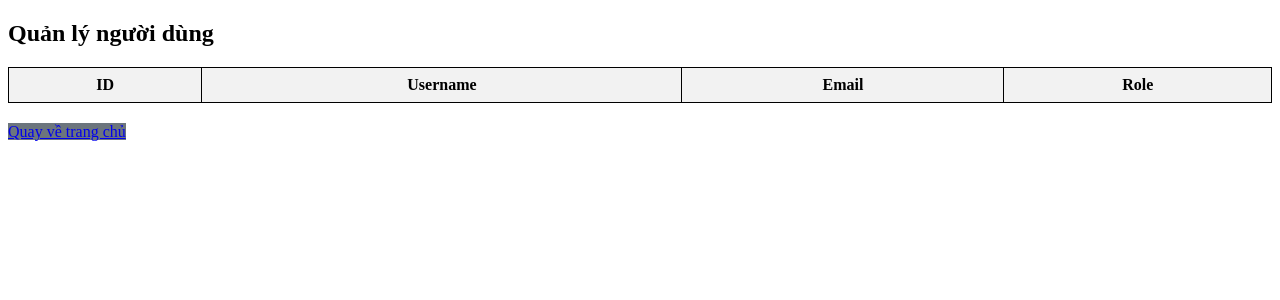
Repository: TuanAnhNguyen723/DanhGiaKIemDinh
Page: http://localhost/phpmailer/quanly.php
An editor plug-in stored every save of this project. The page is shown before and after the next save, followed by the edit.
The browser window is 1280 px wide. The pictures show the whole page.
The page is run by PHP 8.4 with error messages shown; the project is at /var/www/html/. Queries for data that is not in the repository find no rows.

Above is the page before, as saved 2024-05-24 10:37:03.

### quanly.php
<?php
// Include database connection
include 'config.php';

// Số hàng hiển thị trên mỗi trang
$records_per_page = 5;

// Xác định trang hiện tại. Nếu không có trang nào được chỉ định, mặc định là trang 1
$current_page = isset($_GET['page']) ? $_GET['page'] : 1;

// Tính toán offset (vị trí bắt đầu của hàng trong truy vấn)
$offset = ($current_page - 1) * $records_per_page;

// Truy vấn dữ liệu từ cơ sở dữ liệu
$sql = "SELECT id, username, email, role FROM users LIMIT ?, ?";
$stmt = mysqli_prepare($link, $sql);
mysqli_stmt_bind_param($stmt, "ii", $offset, $records_per_page);
mysqli_stmt_execute($stmt);
$result = mysqli_stmt_get_result($stmt);

// Đếm tổng số hàng trong bảng
$total_rows_query = "SELECT COUNT(*) AS total FROM users";
$total_rows_result = mysqli_query($link, $total_rows_query);
$total_rows = mysqli_fetch_assoc($total_rows_result)['total'];

// Tính toán số trang
$total_pages = ceil($total_rows / $records_per_page);

// Đóng kết nối
mysqli_stmt_close($stmt);
mysqli_close($link);
?>

<!DOCTYPE html>
<html lang="en">
<head>
<meta charset="UTF-8">
<meta name="viewport" content="width=device-width, initial-scale=1.0">
<title>User Table</title>
<style>
    table {
        width: 100%;
        border-collapse: collapse;
    }
    table, th, td {
        border: 1px solid black;
        padding: 8px;
    }
    th {
        background-color: #f2f2f2;
    }
    .pagination {
        display: flex;
        justify-content: center;
        margin-top: 20px;
    }
    .pagination a {
        display: inline-block;
        padding: 5px 10px;
        margin: 0 5px;
        border: 1px solid #ccc;
        text-decoration: none;
        color: #333;
    }
    .pagination a.active {
        background-color: #333;
        color: white;
    }

    .btn {

    }

    .btn-primary {
            background-color: #007bff;
            border-color: #007bff;
        }
        .btn-primary:hover {
            background-color: #0056b3;
            border-color: #004085;
        }
        .btn-secondary {
            background-color: #6c757d;
            border-color: #6c757d;
            margin-top: 10px;
        }
        .btn-secondary:hover {
            background-color: #5a6268;
            border-color: #545b62;
        }
</style>
</head>
<body>

<h2>Quản lý người dùng</h2>

<table>
    <tr>
        <th>ID</th>
        <th>Username</th>
        <th>Email</th>
        <th>Role</th>
    </tr>
    <?php
    // Hiển thị dữ liệu từ kết quả truy vấn
    while($row = mysqli_fetch_assoc($result)) {
        echo "<tr>";
        echo "<td>" . $row["id"] . "</td>";
        echo "<td>" . $row["username"] . "</td>";
        echo "<td>" . $row["email"] . "</td>";
        echo "<td>" . $row["role"] . "</td>";
        echo "</tr>";
    }
    ?>
</table>

<div class="pagination">
    <?php
    // Hiển thị các nút phân trang
    for ($i = 1; $i <= $total_pages; $i++) {
        echo "<a href='?page=$i'" . ($current_page == $i ? " class='active'" : "") . ">$i</a>";
    }
    ?>
</div>

<a href="index.php" class="btn btn-secondary btn-block">Quay về trang chủ</a>

</body>
</html>

### config.php
<?php
// // if (!defined('DB_SERVER'))
//     define('DB_SERVER', 'localhost');
// // if (!defined('DB_USERNAME'))
//     define('DB_USERNAME', 'root');
// // if (!defined('DB_PASSWORD'))
// define('DB_PASSWORD', '');
// // if (!defined('DB_NAME'))
// define('DB_NAME', 'water_billing');

global $link;
$link = mysqli_connect('localhost', 'root', '', 'water_billing');

if($link === false){
    die("ERROR: Could not connect. " . mysqli_connect_error());
}

After the next save:
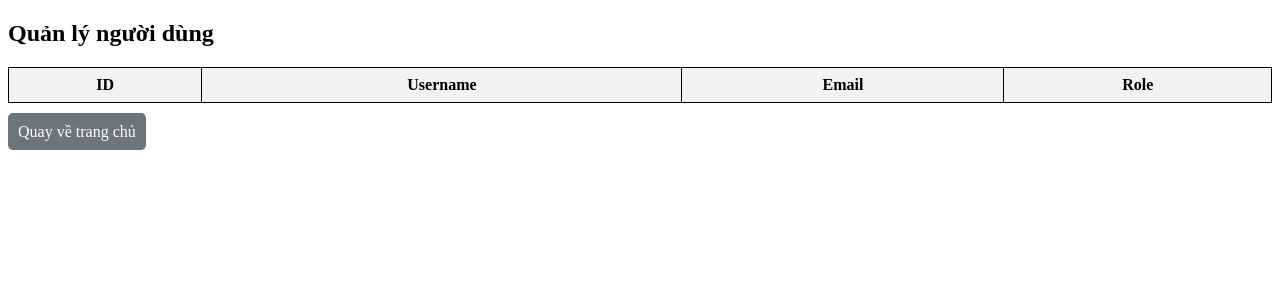
Saved 57 s later.
--- a/quanly.php
+++ b/quanly.php
@@ -67,8 +67,11 @@ mysqli_close($link);
         color: white;
     }
 
-    .btn {
-
+    .btn-block {
+        padding: 10px;
+    border-radius: 5px;
+    text-decoration: none;
+    color: white;
     }
 
     .btn-primary {
